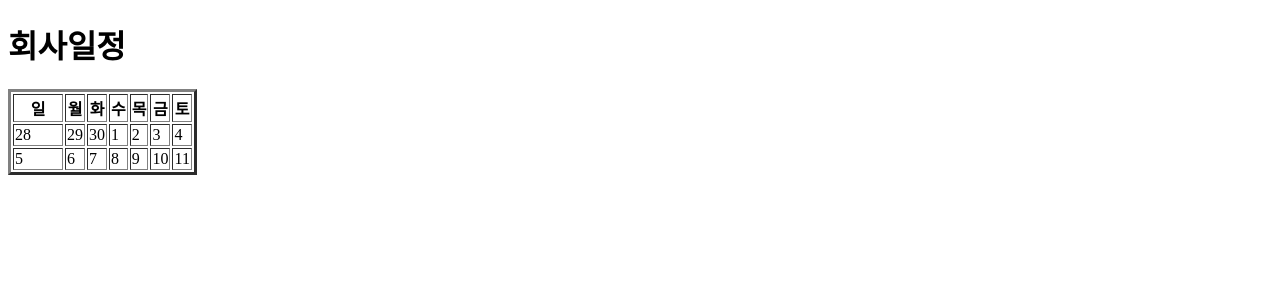
Repository: ybshim90/sesac1
Page: day_20211217_01_web/src/main/webapp/calendar.html
An editor plug-in stored every save of this project. The page is shown before and after a run of saves, followed by the edit.
The browser window is 1280 px wide. The pictures show the whole page.

Above is the page before, as saved 2021-12-17 01:48:59.

### day_20211217_01_web/src/main/webapp/calendar.html
<!DOCTYPE html>
<html>
<head>
	<meta charset="UTF-8">
	<title>회사일정</title>
</head>
<body>
	<h1>회사일정</h1>
	<table border="3">
		<colgroup>
			<col width="50px">
		</colgroup>
	  <tr>
	    <th>일</th>
	    <th>월</th>
	    <th>화</th>
	    <th>수</th>
	    <th>목</th>
	    <th>금</th>
	    <th>토</th>
	  </tr>
	  <tr>
	    <td>28</td>
	    <td>29</td>
	    <td>30</td>
	    <td>1</td>
	    <td>2</td>
	    <td>3</td>
	    <td>4</td>
	  </tr>
	  <tr>
	    <td>5</td>
	    <td>6</td>
	    <td>7</td>
	    <td>8</td>
	    <td>9</td>
	    <td>10</td>
	    <td>11</td>
	  </tr>
	</table>

</body>
</html>

After the next 2 saves:
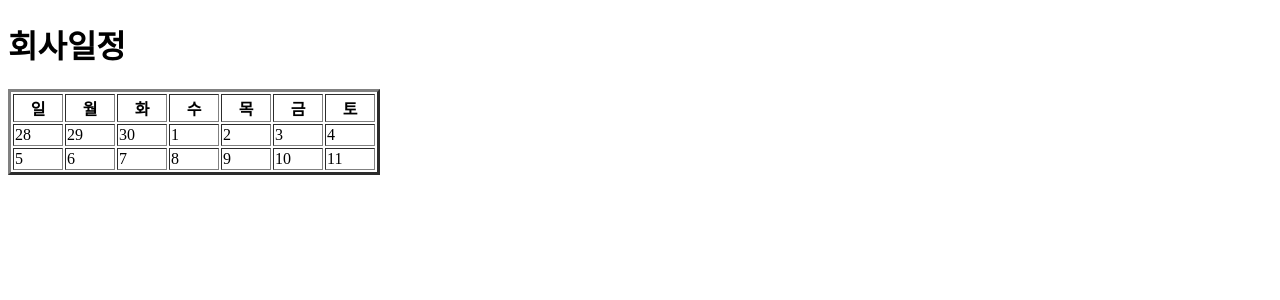
The 2 saves are shown as one change because they came seconds apart.
The last was saved 9 s later.
--- a/day_20211217_01_web/src/main/webapp/calendar.html
+++ b/day_20211217_01_web/src/main/webapp/calendar.html
@@ -8,6 +8,12 @@
 	<h1>회사일정</h1>
 	<table border="3">
 		<colgroup>
+			<col width="50px">
+			<col width="50px">
+			<col width="50px">
+			<col width="50px">
+			<col width="50px">
+			<col width="50px">
 			<col width="50px">
 		</colgroup>
 	  <tr>
